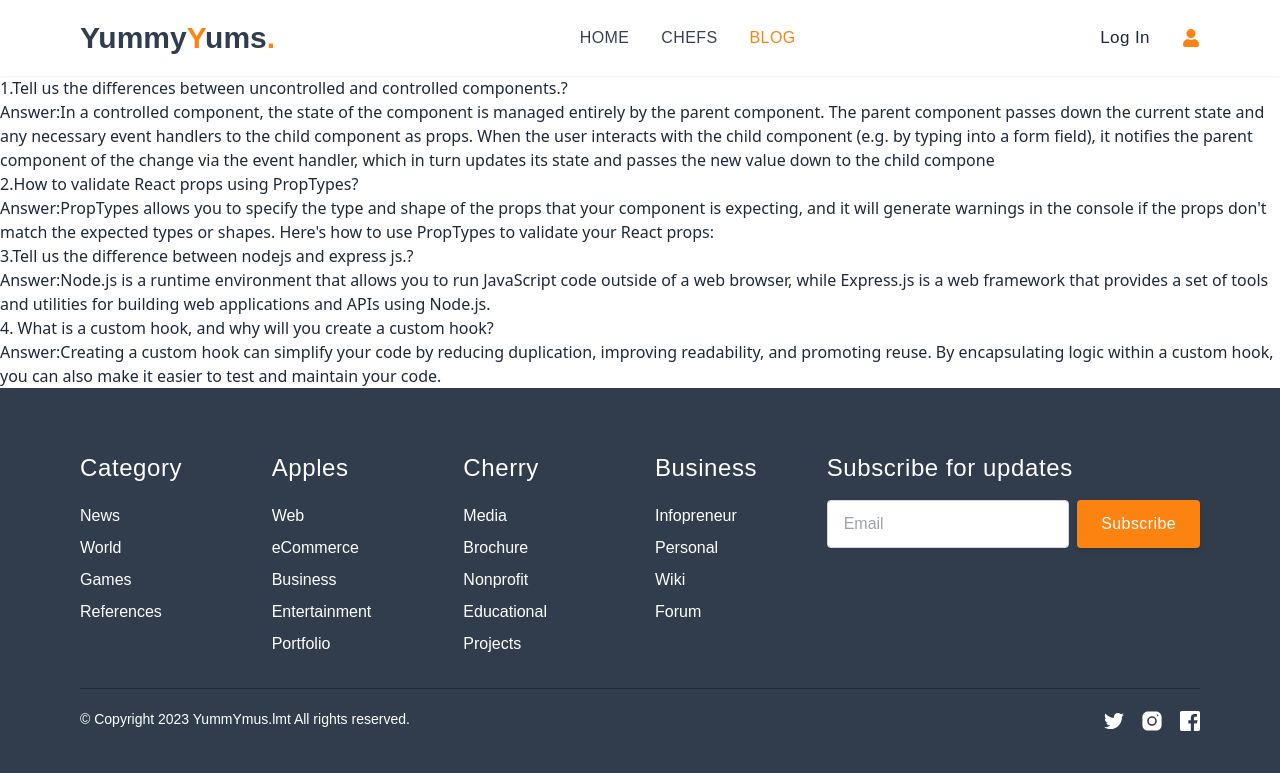
Repository: mdrubel02/yummy-yums-client
Page: /blog
These files come from the project's save history. The page is drawn as it stood at one moment and after the next save; the edit follows.
The browser window is 1280 px wide. The pictures show the whole page.
The project was rebuilt for these pictures with package versions that can differ from the ones it lists, and the page was loaded fresh each time. Also part of the build but not shown: vite.config.js, src/Pages/Home/BannerItem.jsx, src/Pages/Home/Banner.jsx, src/Shared/SectionTitle/SectionTitle.jsx, src/Pages/Chefs/Chef.jsx, src/Pages/Chefs/Chefs.jsx, src/Pages/Home/categories.jsx, src/Pages/Home/Activities.jsx and 13 more.

Above is the page before, as saved 2023-05-04 21:17:13.

After the next save:
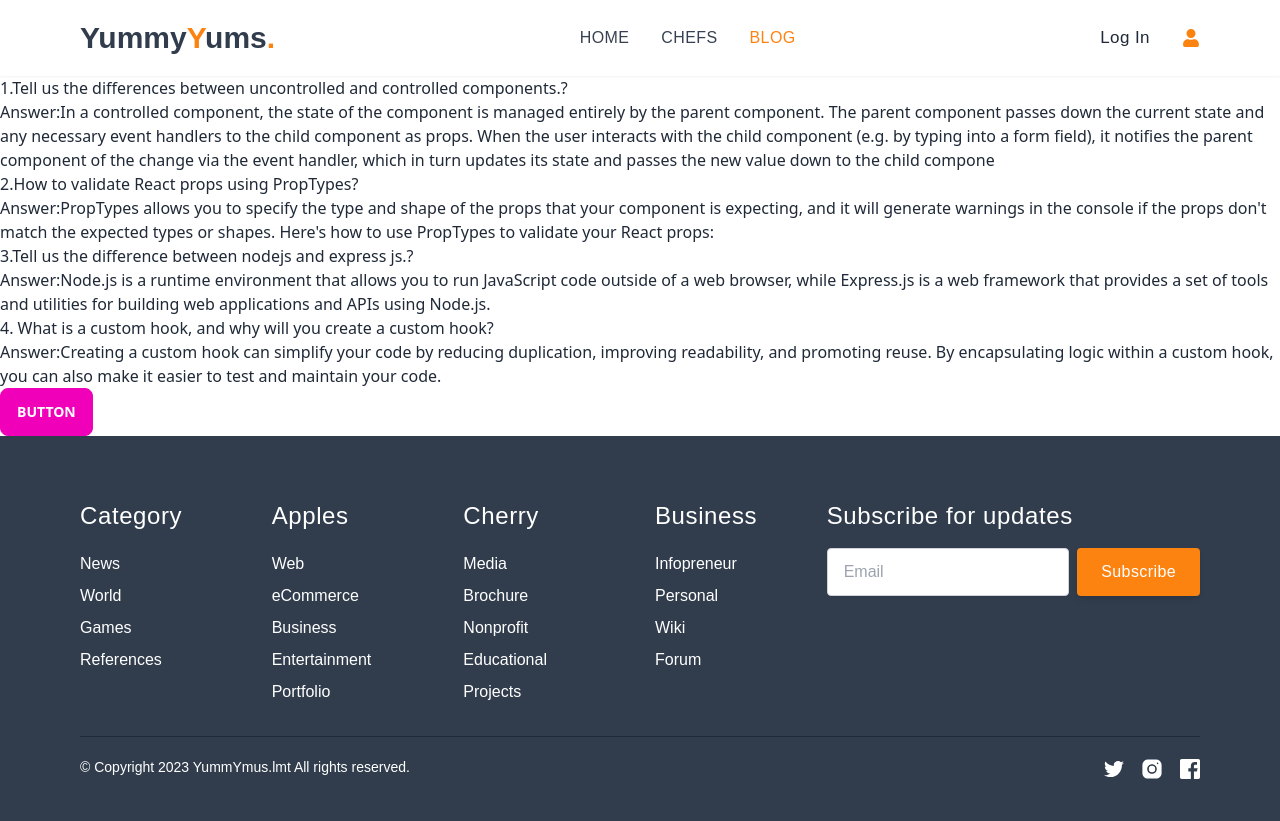
Saved 60 s later.
--- a/src/Pages/Blogs/Blogs.jsx
+++ b/src/Pages/Blogs/Blogs.jsx
@@ -13,6 +13,9 @@ const Blogs = () => {
                 <h2> 4. What is a custom hook, and why will you create a custom hook?</h2>
                 <p>Answer:Creating a custom hook can simplify your code by reducing duplication, improving readability, and promoting reuse. By encapsulating logic within a custom hook, you can also make it easier to test and maintain your code.</p>
             </div>
+            <div>
+            <button className="btn btn-secondary">Button</button>
+            </div>
         </section>
     );
 };
